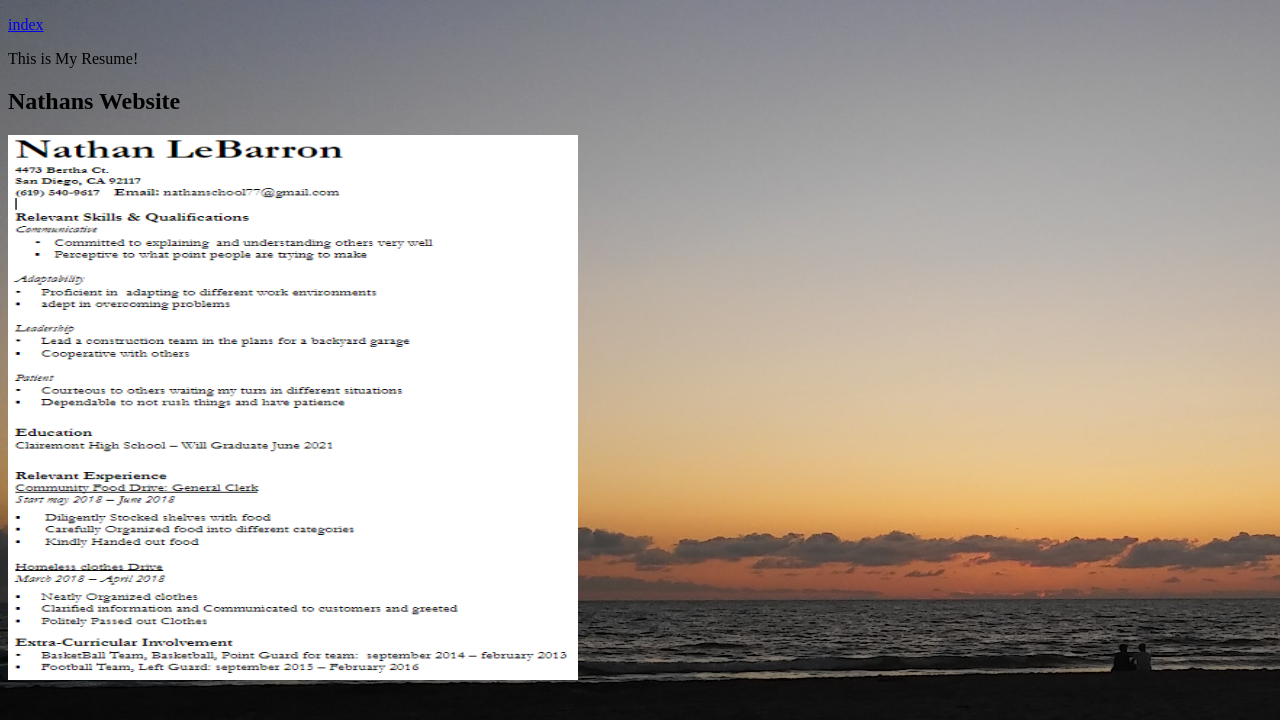
Repository: Nathan12144/Nathan12144.github.io
Page: resume.html
The author's editor kept a record of every edit. The page is drawn from the files as they stood at one moment, then again after the next edit.
The browser window is 1280 px wide. The pictures show the whole page.

Above is the page before.

### resume.html
<!DOCTYPE html>
<html>
    <style>
body {
  background-image: url('back.jpg');
}
</style>

<body>
 <p><a href="index.html" target="_blank">index</a>
 <p>This is My Resume!</a></p>
<h2>Nathans Website</h2>
<img src="images/resum.PNG" alt="Resume" width="570" height="545">


</body>
</html>

After the next edit:
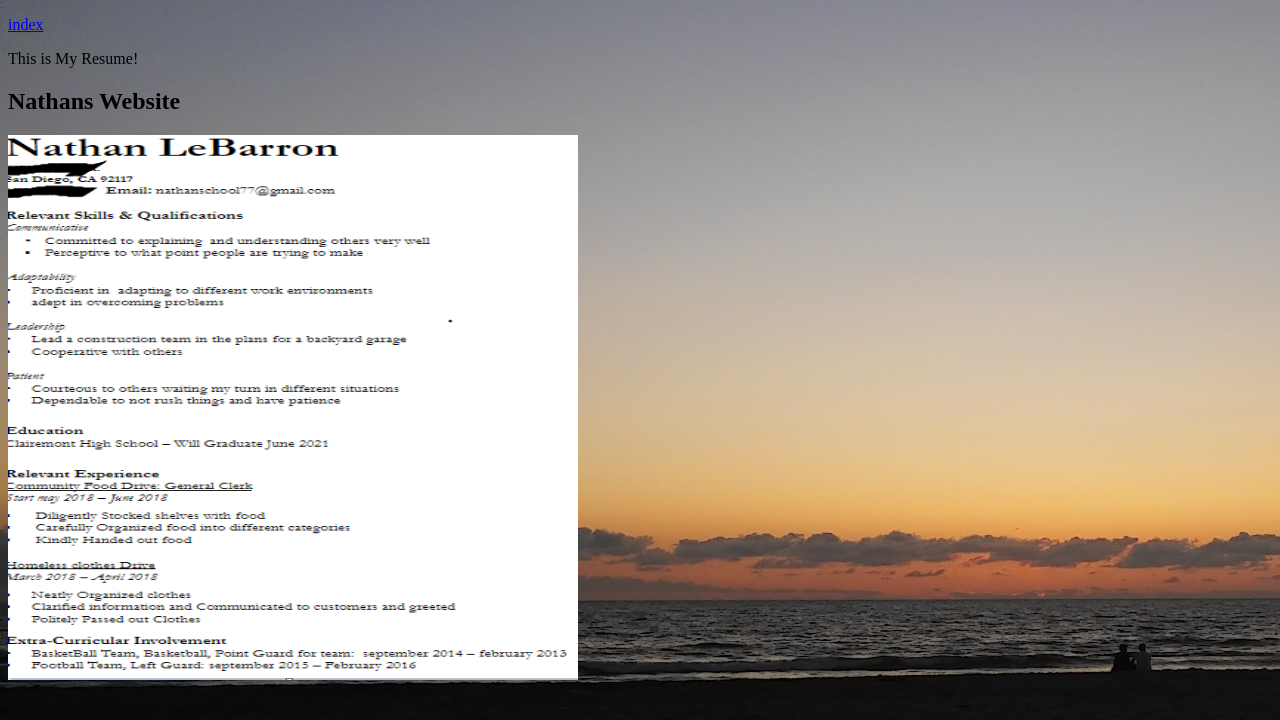
The edit:
--- a/resume.html
+++ b/resume.html
@@ -10,7 +10,7 @@
  <p><a href="index.html" target="_blank">index</a>
  <p>This is My Resume!</a></p>
 <h2>Nathans Website</h2>
-<img src="images/resum.PNG" alt="Resume" width="570" height="545">
+<img src="images/resume.PNG" alt="Resume" width="570" height="545">
 
 
 </body>
